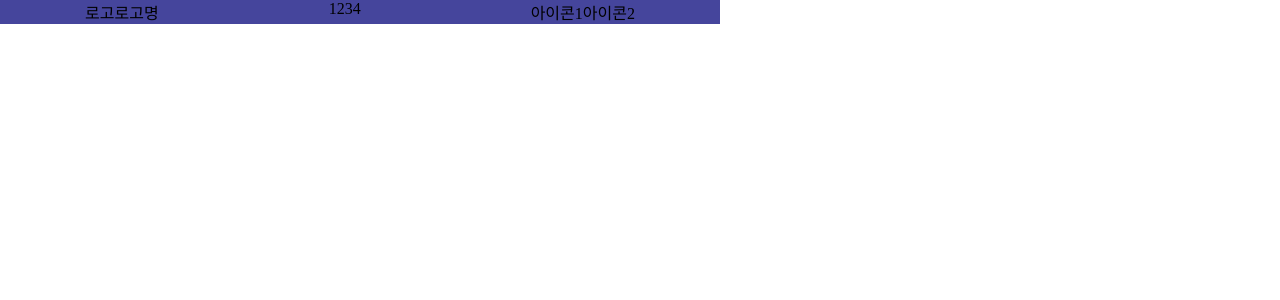
Repository: rlatlswo135/header_project
Page: header.html
An editor plug-in stored every save of this project. The page is shown before and after the next save, followed by the edit.
The browser window is 1280 px wide. The pictures show the whole page.
Some web libraries are served in a nearby version.

Above is the page before, as saved 2021-05-30 21:06:33.

### header.html
<!DOCTYPE html>
<html>
    <head>
        <link rel="stylesheet" href="header.css"/>
    </head>
    <body>
        <div class="header_container">
            <div class="header_logobox">
                <div>로고</div>
                <div>로고명</div>
            </div>
            <div class="header_menubox">
                <ul class="header_menu">
                    <li>1</li>
                    <li>2</li>
                    <li>3</li>
                    <li>4</li>
                </ul>
            </div>
            <div class="header_iconbox">
                <div>아이콘1</div>
                <div>아이콘2</div>
            </div>
        </div>
        <script src="header.js"></script>
        <script src="https://kit.fontawesome.com/cd0a52d46f.js" crossorigin="anonymous"></script>
    </body>
</html>

### header.css
* {
  margin: 0px;
  padding: 0px;
}
:root {
  --background-color: rgb(69, 69, 156);
  --text-color: gold;
}

.header_container {
  display: flex;
  justify-content: space-around;
  background-color: rgb(69, 69, 156);
  width: 100vh;
  height: 30%;
}

.header_logobox {
  display: flex;
}
.header_menu {
  display: flex;
  list-style: none;
}
.header_iconbox {
  display: flex;
}

Loaded but not shown: header.js (no copy from this time; the picture is the same without it)

After the next save:
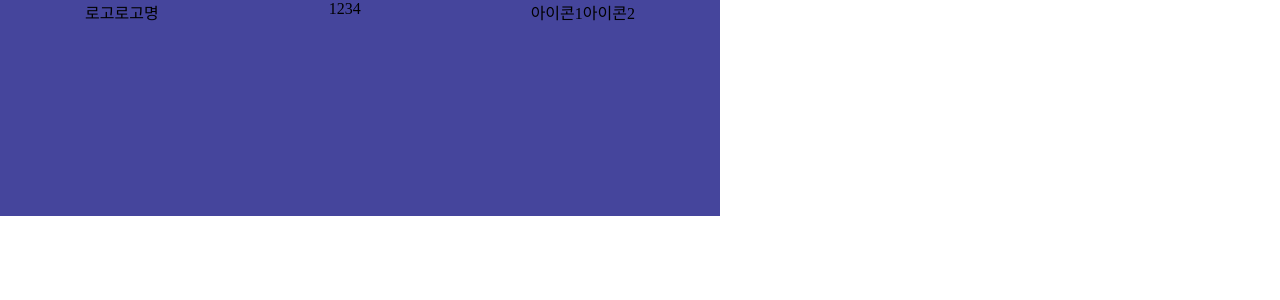
Saved 12 s later.
--- a/header.css
+++ b/header.css
@@ -12,7 +12,7 @@
   justify-content: space-around;
   background-color: rgb(69, 69, 156);
   width: 100vh;
-  height: 30%;
+  height: 30vh;
 }
 
 .header_logobox {

After the save that followed:
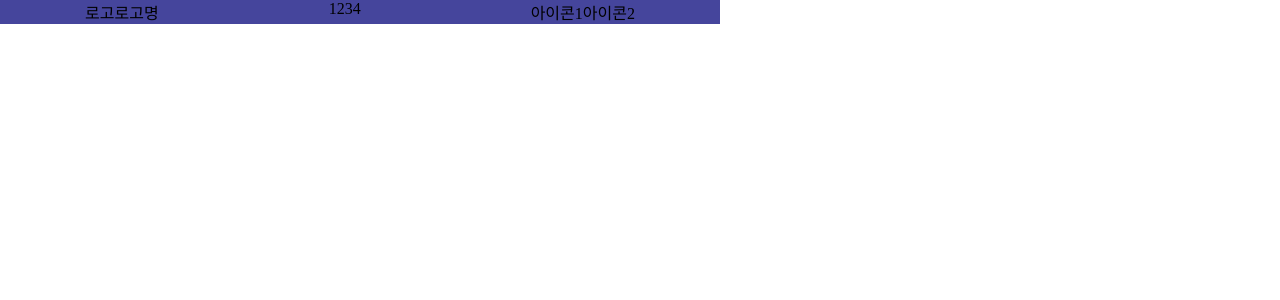
Saved 4 s later.
--- a/header.css
+++ b/header.css
@@ -12,7 +12,7 @@
   justify-content: space-around;
   background-color: rgb(69, 69, 156);
   width: 100vh;
-  height: 30vh;
+  height: 30%;
 }
 
 .header_logobox {
